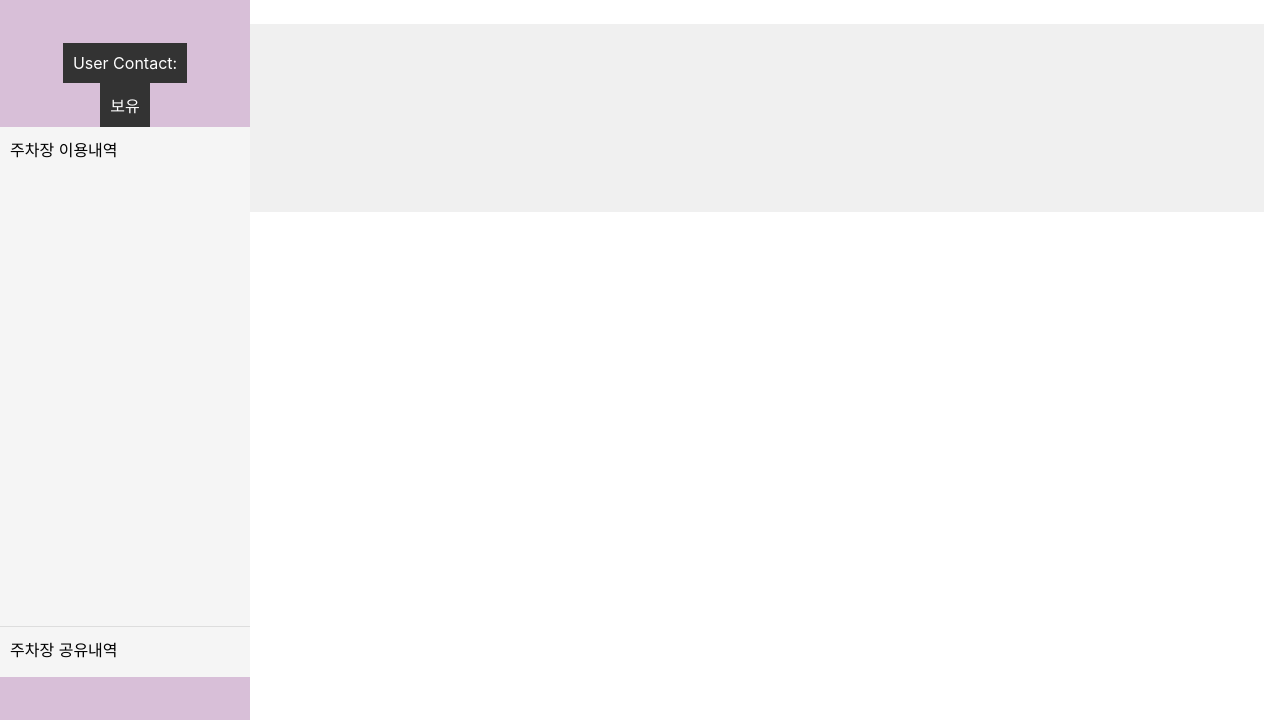
Repository: ohjjoa/reactTest
Page: /, after clicking the first element matching `img`
The author's editor kept a copy of each file at every save. The page is drawn from the files as they stood at one save, then again after the next save.
The browser window is 1280 px wide. The pictures show the whole page.
The project was rebuilt for these pictures with package versions that can differ from the ones it lists, and the page was loaded fresh each time.

Above is the page before, as saved 2024-08-02 05:18:37.

### src/App.tsx
import { BrowserRouter as Router, Route, Routes } from 'react-router-dom';
import Home from './pages/Home';

function App() {
  return (
    <Router>
      <Routes>
        <Route path="/" element={<Home />} />
        {/* 다른 Route 추가 가능 */}
      </Routes>
    </Router>
  );
}

export default App;

### src/pages/Home/index.tsx
import React, { useState, useRef, useEffect } from 'react';
import { FixedSizeList as List } from 'react-window';
import { TestContainer, Sidebar, SidebarOpen } from './styles';
import icBurger from '../../assets/ic_burger.svg';

// 리스트 항목의 데이터
// const items = new Array(5).fill(null).map((_, index) => `Item ${index + 1}`);
// 리스트 항목의 데이터
const items = [
  '주차장 이용내역',
  '주차장 공유내역',
  '주차장 사진 업로드',
  '알림',
  '설정'
];

const Home = () => {
  const [sideBarOpen, setSideBarOpen] = useState(false);
  const sidebarRef = useRef<HTMLDivElement>(null);
  const backgroundRef = useRef<HTMLDivElement>(null);

  const burgerClick = () => {
    setSideBarOpen(!sideBarOpen);
  };

  const handleClickOutside = (event: MouseEvent | TouchEvent) => {
    if (
      sidebarRef.current &&
      !sidebarRef.current.contains(event.target as Node) &&
      backgroundRef.current &&
      !backgroundRef.current.contains(event.target as Node)
    ) {
      setSideBarOpen(false);
    }
  };

  useEffect(() => {
    const handleContextMenu = (event: MouseEvent) => {
      event.preventDefault(); // 기본 우클릭 메뉴 막기
      event.stopPropagation(); // 이벤트 전파 막기
      return false;
    };

    window.addEventListener('contextmenu', handleContextMenu);
    // 데스크탑 환경
    document.addEventListener('mousedown', handleClickOutside);
    // 모바일 환경
    document.addEventListener('touchstart', handleClickOutside);

    return () => {
      window.removeEventListener('contextmenu', handleContextMenu);
      document.removeEventListener('mousedown', handleClickOutside);
      document.removeEventListener('touchstart', handleClickOutside);
    };
  }, []);

  // 사이드바 아이템 렌더링
  const Row = ({ index, style }: { index: number; style: React.CSSProperties }) => (
    <div
    style={{
      backgroundColor: '#f5f5f5', // 아이템의 배경 색상
      padding: '10px', // 아이템의 패딩
      borderBottom: '1px solid #ddd', // 아이템 하단의 경계선 (선택 사항)
      boxSizing: 'border-box', // 패딩과 경계선이 요소의 전체 크기에 포함되도록
      height: '500px',
      color: '#000000'
    }}
  >
    {items[index]}
    </div>
  );

  return (
    <div ref={backgroundRef}>
      <TestContainer>
        <img
          src={icBurger}
          alt="Burger Icon"
          style={{
            maxWidth: '100%',
            height: 'auto',
            cursor: 'pointer',
            marginTop: '50px',
          }}
          onClick={burgerClick} // 클릭 이벤트로 사이드바 열기/닫기 처리
        />
      </TestContainer>

      {sideBarOpen && (
        <SidebarOpen ref={sidebarRef}
        style={{ display: 'flex', flexDirection: 'column', width: '250' }}>
          <div style={{ padding: '10px', backgroundColor: '#333', color: '#fff' }}>
            User Contact:
          </div>
          <div style={{ padding: '10px', backgroundColor: '#333', color: '#fff'}}>
            보유
          </div>
          <List
            height={550} // 사이드바의 높이에서 연락처의 높이를 제외한 값
            itemCount={items.length} // 아이템 수
            itemSize={50} // 아이템의 높이
            width={250} // 사이드바의 너비
          >
            {Row}
          </List>
        </SidebarOpen>
      )}
      {!sideBarOpen && (
        <Sidebar ref={sidebarRef}>
          <div>Sidebar Content</div>
        </Sidebar>
      )}
    </div>
  );
};

export default Home;

### src/pages/Home/styles.tsx
import { styled } from '@stitches/react';

const TestContainer = styled('div', {
  paddingLeft: '16px',
  paddingRight: '16px',
  marginTop: '24px',
  paddingBottom: '110px',
  backgroundColor: '#f0f0f0',
  marginLeft: '16px',
  marginRight: '16px',
});

const Sidebar = styled('div', {
  position: 'fixed',
  top: 0,
  left: '-250px', // 사이드바가 화면 밖으로 숨겨져 있도록 설정
  width: '250px',
  height: '100%',
  backgroundColor: '#D8BFD8',
  color: 'white',
  transition: 'left 0.3s ease', // 애니메이션 효과
  display: 'flex',
  alignItems: 'center',
  justifyContent: 'center',
  zIndex: 1000, // 사이드바가 다른 요소 위에 오도록 설정
});

const SidebarOpen = styled(Sidebar, {
  left: 0, // 사이드바가 화면에 보이도록 설정
});


export { TestContainer, Sidebar, SidebarOpen };

Loaded but not shown: public/index.html (common file); src/index.tsx (common file); src/index.css (common file); src/reportWebVitals.ts (common file)

After the next save:
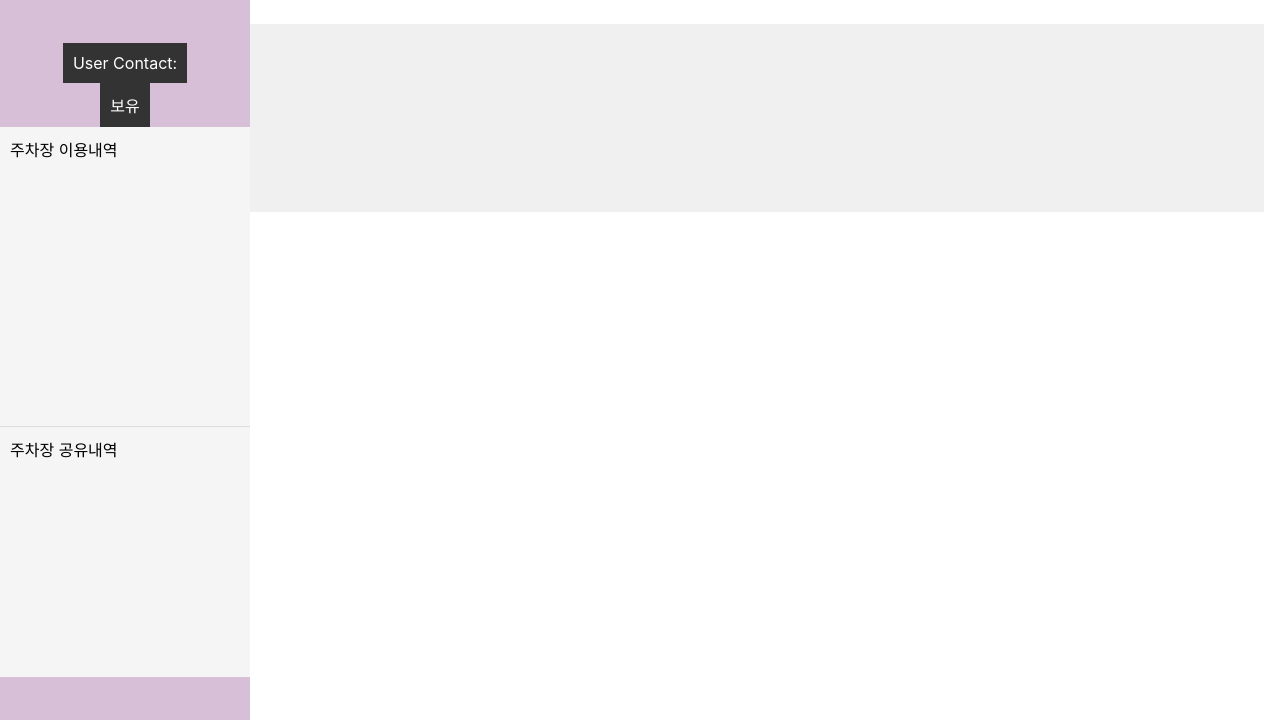
Saved 17 s later.
--- a/src/pages/Home/index.tsx
+++ b/src/pages/Home/index.tsx
@@ -62,7 +62,7 @@ const Home = () => {
       padding: '10px', // 아이템의 패딩
       borderBottom: '1px solid #ddd', // 아이템 하단의 경계선 (선택 사항)
       boxSizing: 'border-box', // 패딩과 경계선이 요소의 전체 크기에 포함되도록
-      height: '500px',
+      height: '300px',
       color: '#000000'
     }}
   >
